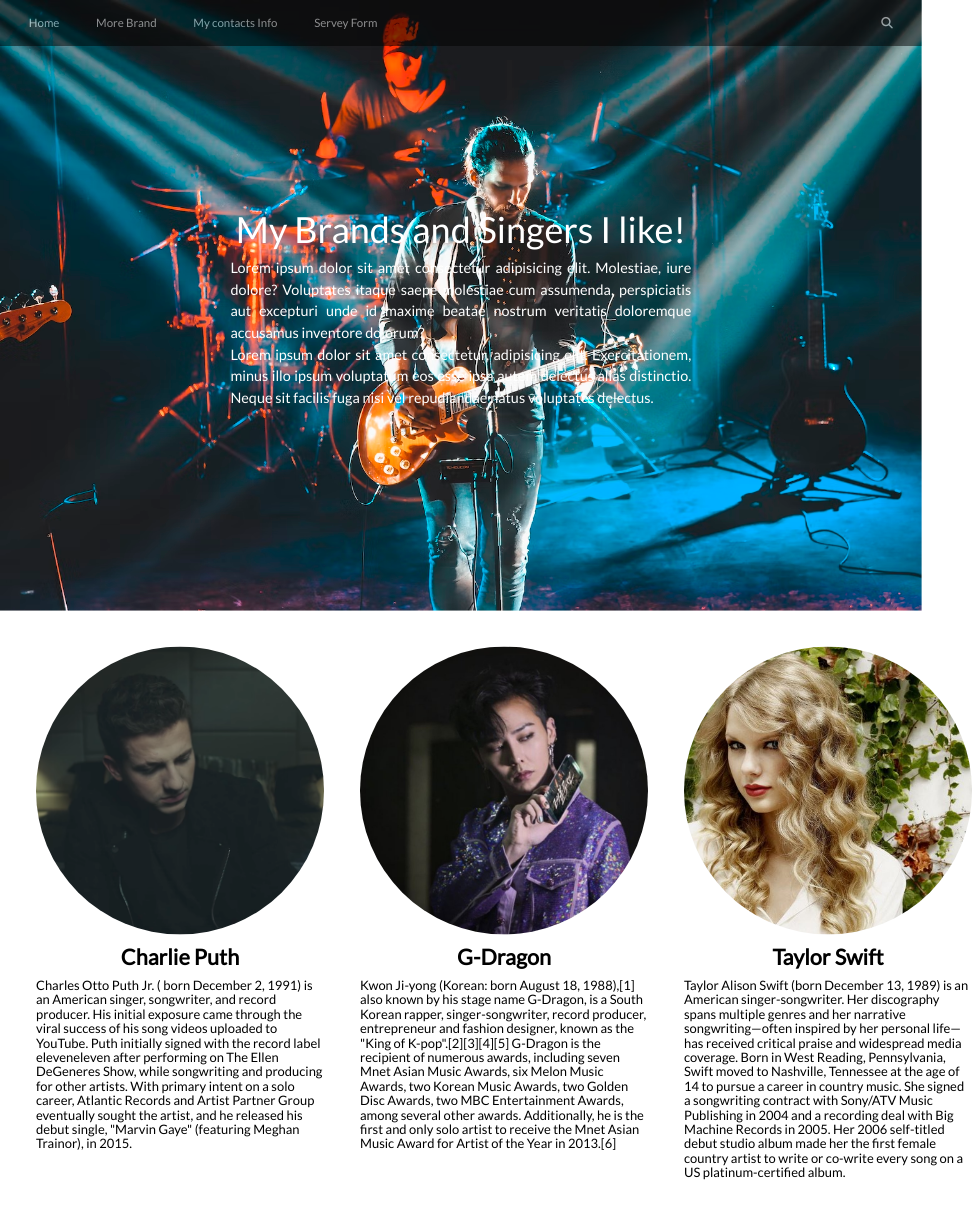
Repository: MinChea36/asm
Page: ASSM1.html
These files come from the project's save history. The page is drawn as it stood at one moment and after a run of saves; the edit follows.
The browser window is 1280 px wide. The page is 1350 px wide, so the pictures cover 1350 px, including what lies to the right of the window. The pictures show the whole page, at 72% of full size.

Above is the page before, as saved 2022-09-22 22:49:34.

After the next 3 saves:
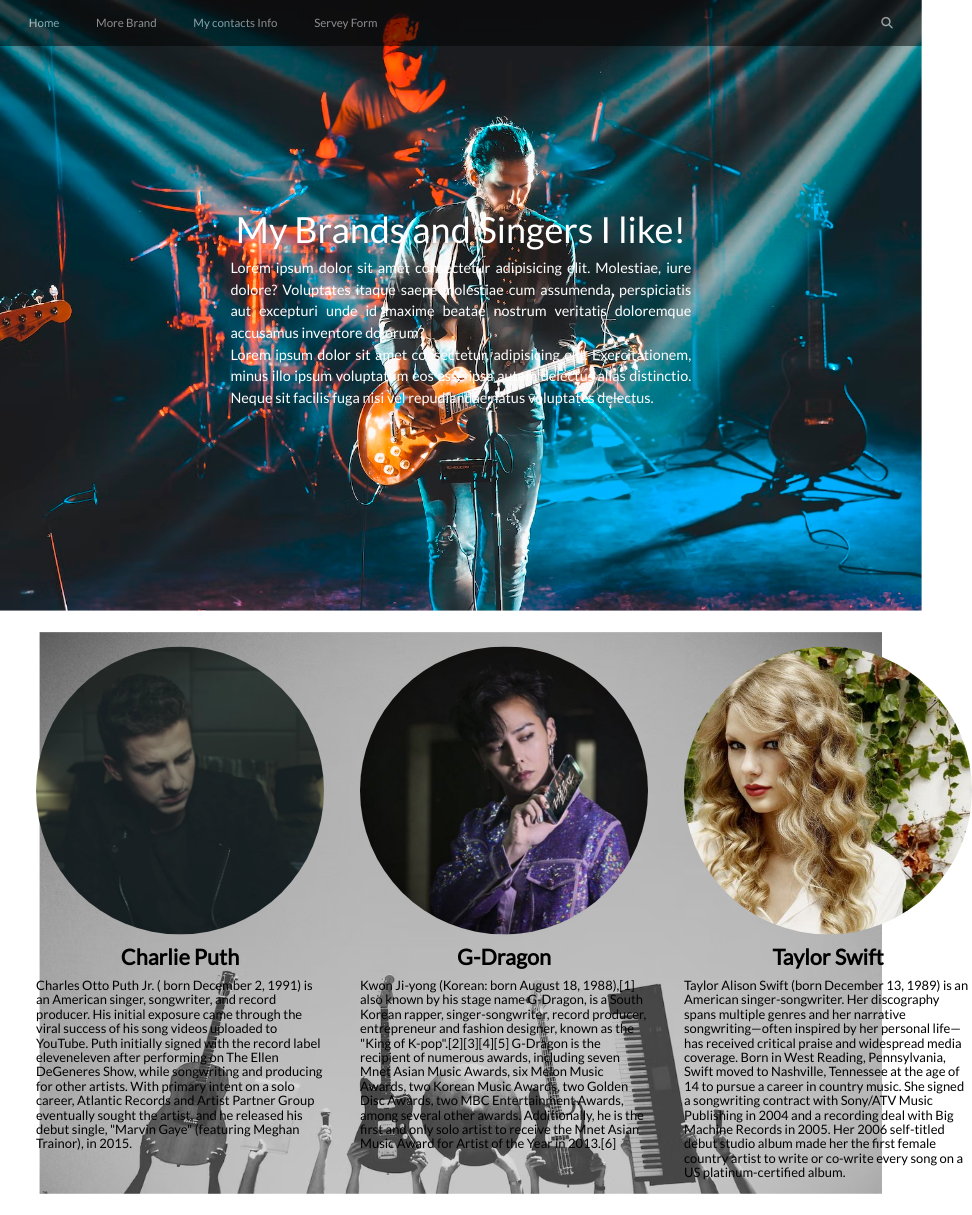
The 3 saves are shown as one change because they came seconds apart.
The last was saved 10 s later.
--- a/style.css
+++ b/style.css
@@ -45,6 +45,13 @@
     text-align: justify;
     font-size: 20px;
 }
+.boxed {
+     background-image: url(./photo-1445375011782-2384686778a0.avif);
+    background-repeat: no-repeat;
+    object-fit: cover;
+    background-position: center;
+    width: 100%;
+}
 .singers-like {
     display: grid;
     grid-template-columns: repeat(3,1fr);
@@ -74,6 +81,3 @@
     height: 100%;
     object-fit: cover;
 }
-.boxed {
-
-}

After the save that followed:
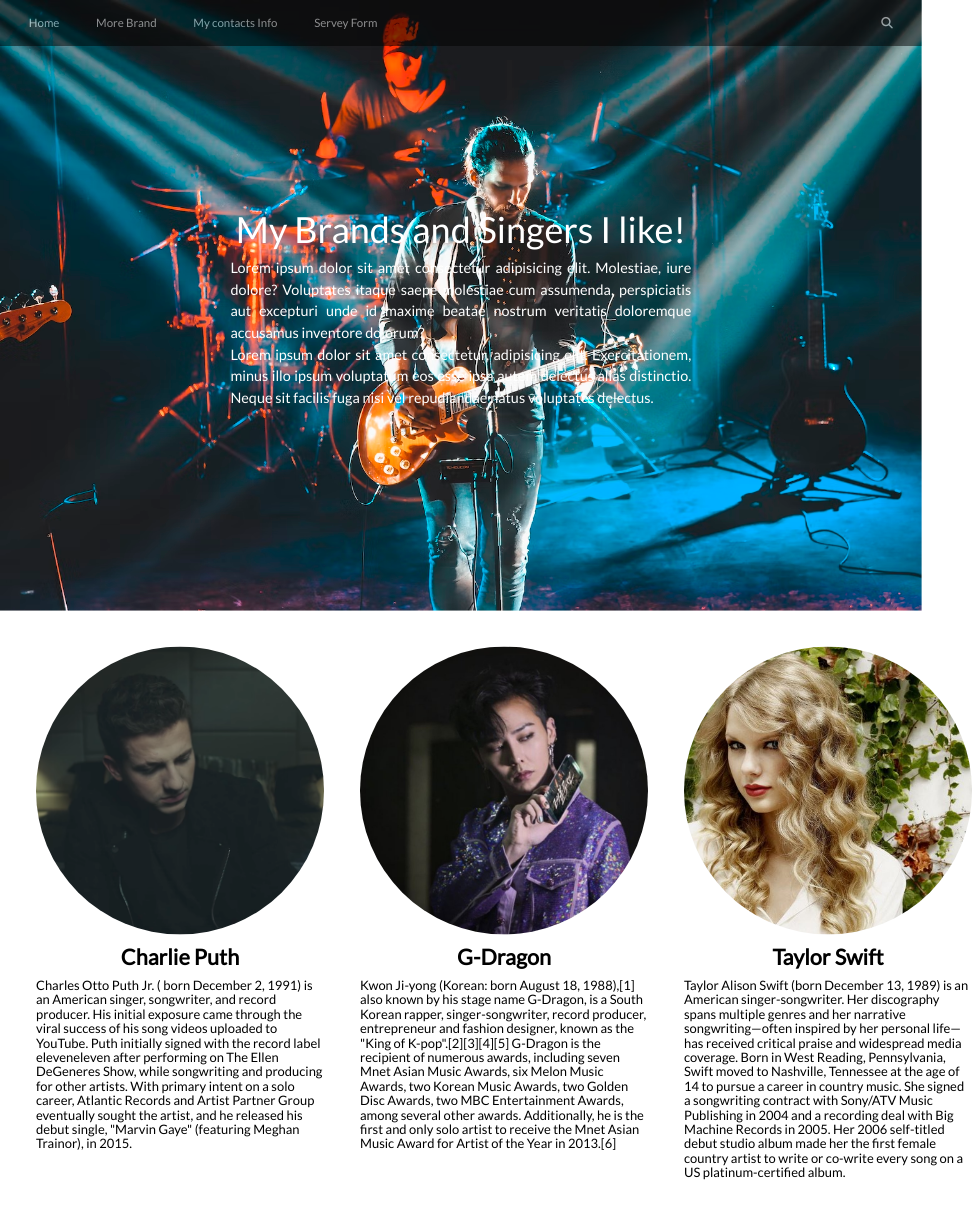
Saved 19 s later.
--- a/style.css
+++ b/style.css
@@ -46,11 +46,7 @@
     font-size: 20px;
 }
 .boxed {
-     background-image: url(./photo-1445375011782-2384686778a0.avif);
-    background-repeat: no-repeat;
-    object-fit: cover;
-    background-position: center;
-    width: 100%;
+
 }
 .singers-like {
     display: grid;
